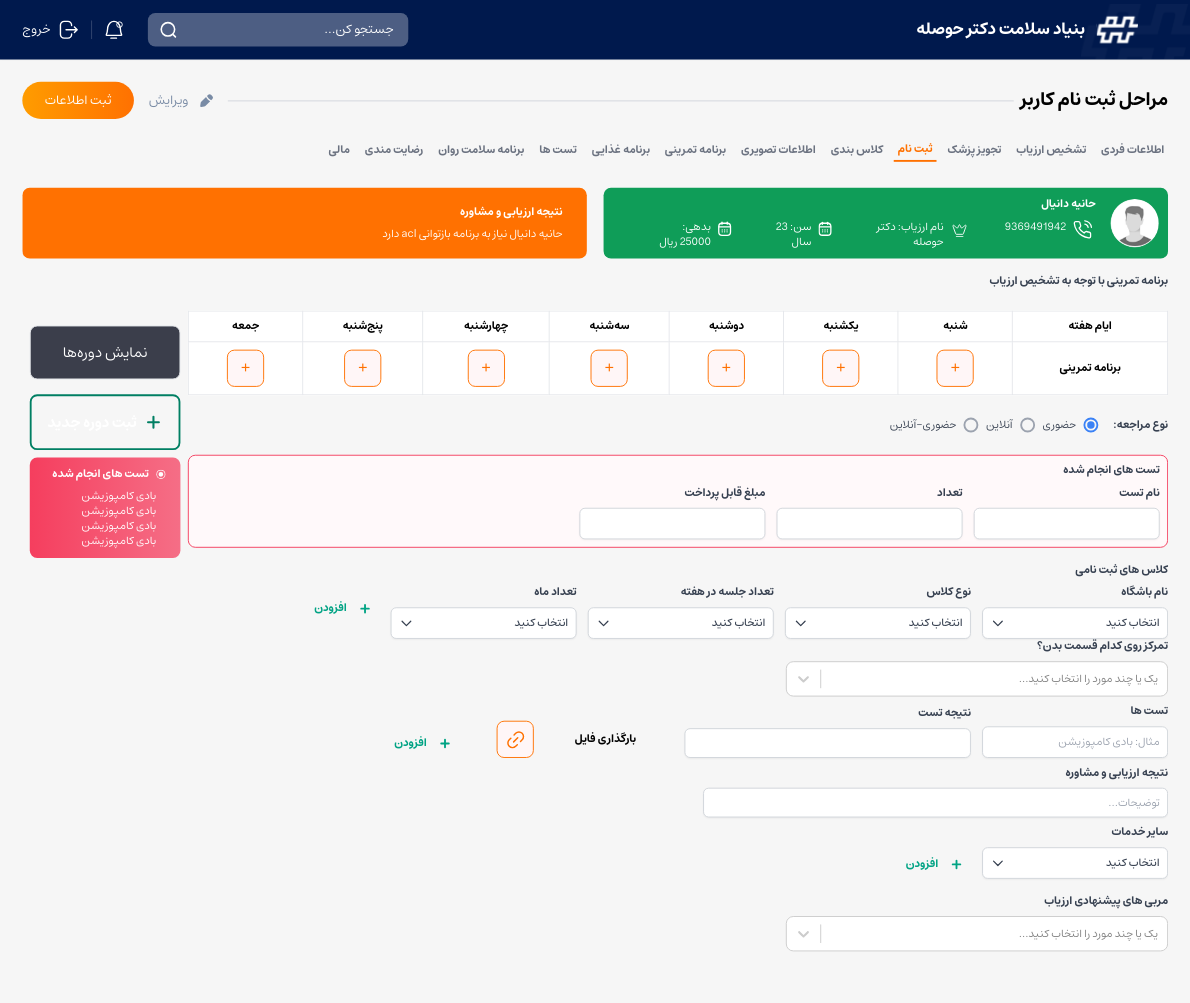
Repository: mirnajafi/ERP_hoseleh_V1.0
Page: /register, after clicking the first element matching `div.flex > :nth-child(4)`
The author's editor kept a copy of each file at every save. The page is drawn from the files as they stood at one save, then again after the next save.
The browser window is 1280 px wide. The pictures show the whole page, at 93% of full size.
Some web fonts or font styles are not loaded; a fallback is used. The project was rebuilt for these pictures with package versions that can differ from the ones it lists, and the page was loaded fresh each time. The framework's server and built-in components were replaced by stand-ins that run in the browser. Also part of the build but not shown: next.config.mjs, src/components/icons/trash.tsx, src/components/weekTable/weekTable.css, src/components/icons/copy.tsx, src/components/recognitionEvaluator/recognitionEvaluator.tsx.

Above is the page before, as saved 2025-02-28 23:56:40.

### src/app/layout.tsx
/* eslint-disable @next/next/no-img-element */
import type { Metadata } from "next";
import Header from "@/components/layout/Header";
import "@/app/globals.css";


export const metadata: Metadata = {
  title: "دکتر حوصله",
  description: "بنیاد سلامت دکتر حوصله",
};

export default function RootLayout({ children }: { children: React.ReactNode }) {
  return (
    <html lang="fa" dir="rtl">
      <body className="bg-dashboard-bg min-h-screen">
        {/* Header includes SidebarToggle, so no need to add Sidebar separately */}
        <Header />
        {/* Main Content Area */}
        <main className="transition-all duration-300 mt-16 p-6">
          {children}
        </main>

      </body>
    </html>
  );
}

### src/app/globals.css
@tailwind base;
@tailwind components;
@tailwind utilities;

@font-face {
  font-family: 'Estedad';
  src: url('/fonts/Estedad-Regular.woff2') format('woff2');
  font-weight: normal;
  font-style: normal;
  font-display: swap;
}

@font-face {
  font-family: 'Estedad';
  src: url('/fonts/Estedad-Bold.woff2') format('woff2');
  font-weight: bold;
  font-style: normal;
  font-display: swap;
}

@font-face {
  font-family: 'Estedad';
  src: url('/fonts/Estedad-Medium.woff2') format('woff2');
  font-weight: 500;
  font-style: normal;
  font-display: swap;
}

@font-face {
  font-family: 'Estedad';
  src: url('/fonts/Light.woff2') format('woff2');
  font-weight: 400;
  font-style: normal;
  font-display: swap;
}

@layer base {
  html {
    font-family: 'Estedad'
  }
}

### src/components/formTab/formTab.tsx
import { useState } from "react";

interface Tab {
  label: string;
  content: React.ReactNode;
}

interface TabsProps {
  tabs: Tab[];
  defaultIndex?: number;
}

const Tabs: React.FC<TabsProps> = ({ tabs, defaultIndex = 0 }) => {
  const [activeIndex, setActiveIndex] = useState(defaultIndex);

  return (
    <div className="w-full overflow-hidden">
      <div className="flex py-3 overflow-x-auto whitespace-nowrap">
        {tabs.map((tab, index) => (
          <button
            key={index}
            className={`ml-2 p-1 text-nowrap text-xs font-bold text-sm focus:outline-none ${activeIndex === index
                ? "border-b-2 border-[#FF7101] text-[#FF7101]"
                : "text-gray-500 hover:text-[#FF7101]"
              }`}
            onClick={() => setActiveIndex(index)}
          >
            {tab.label}
          </button>
        ))}
      </div>

      <div className="py-4">{tabs[activeIndex].content}</div>
    </div>
  );
};

export default Tabs;

### src/components/registration/registration.tsx
import Select from "react-select/base";
import WeekTable from "../weekTable/weekTable";
import TransparentBtn from "../transparentBtn/transparentBtn";
import Dropdown from "../dropdown/dropdown";
import InputDescription from "../inputDescription/inputDescription";
import FileUploader from "../fileUploader/fileUploader";
import Input from "../input/input";
import InformationUserBox from "../informationUserBox/informationUserBox";
import { useState } from "react";
import ResultBox from "../resultBox/resultBox";
import PlusIcon from "../icons/plus";
import LeftSideBox from "../leftSideBox/leftSideBox";
import RadioButton from "../radioBtn/radioBtn";

const Registration = () => {

    const [selectedOptions, setSelectedOptions] = useState([]);


    const handleSelect = (option: string) => {
        console.log("انتخاب شده:", option);
    };
    const handleFileUpload = (files: File[]) => {
        console.log("فایل‌های آپلود شده:", files);
    };

    const [selected, setSelected] = useState<string>("option1");


    const [selectedDay, setSelectedDay] = useState<string>("");

    const handleDaySelect = (day: string) => {
        setSelectedDay(day);
    };

    return (
        <div>
            <div className="w-full flex flex-row">
                <InformationUserBox name="حانیه دانیال" age="23" phoneNumber={'9369491942'} evaluator="دکتر حوصله" debt="25000" imageSrc="/images/defaultUser.png" className="w-1/2 lg:ml-2" />
                <ResultBox resultText={"حانیه دانیال نیاز به برنامه بازتوانی acl دارد"} className="w-1/2 lg:mr-2" />
            </div>



            <div className="flex flex-row  my-4 items-center">
                <label className="mb-2 text-xs font-bold text-gray-700 ml-2">برنامه تمرینی با توجه به تشخیص ارزیاب</label>

            </div>

            <div className="w-full flex flex-row">

                <div className="w-full flex flex-col">
                    <WeekTable
                        apiUrl="https://api.majidvalizadeh.com/jalali/next7"
                        selectedDay={selectedDay}
                        onDaySelect={handleDaySelect}
                    />
                    <div className="flex flex-row my-4">
                        <label className="my-2 text-xs font-bold text-gray-700 ml-4">نوع مراجعه:</label>
                        <RadioButton
                            label="حضوری"
                            name="options"
                            value="option1"
                            checked={selected === "option1"}
                            onChange={setSelected}
                        />
                        <RadioButton
                            label="آنلاین"
                            name="options"
                            value="option2"
                            checked={selected === "option2"}
                            onChange={setSelected}
                        />
                        <RadioButton
                            label="حضوری-آنلاین"
                            name="options"
                            value="option3"
                            checked={selected === "option3"}
                            onChange={setSelected}
                        />
                    </div>


                    <div className="w-full xl:py-2 my-0  flex flex-col  border border-[#F53E5E] rounded-[8px] p-[8px] bg-[#FFF9FA]">
                        <label className="text-xs font-bold text-gray-700 ml-4">تست های انجام شده</label>

                        <div className="flex flex-row">
                            <Input
                                label="نام تست"
                                type="text"
                                value={''}
                                onChange={() => { }}
                                placeholder=""
                            />
                            <Input
                                label="تعداد "
                                type="text"
                                value={''}
                                onChange={() => { }}
                                placeholder=""
                            />

                            <Input
                                label="مبلغ قابل پرداخت"
                                type="text"
                                value={''}
                                onChange={() => { }}
                                placeholder=""
                            />
                        </div>
                    </div>

                    <div className="flex flex-col  w-full xl:items-start xl:justify-right ">
                        <label className="text-xs font-bold text-gray-700 ml-4 mt-4">کلاس های ثبت نامی</label>
                        <div className="w-full flex flex-row items-end">
                            <Dropdown
                                label=" نام باشگاه"
                                options={["گزینه 1", "گزینه 2", "گزینه 3"]}
                                onSelect={handleSelect}
                            />
                            <Dropdown
                                label="نوع کلاس"
                                options={["گزینه 1", "گزینه 2", "گزینه 3"]}
                                onSelect={handleSelect}
                            />
                            <Dropdown
                                label="تعداد جلسه در هفته"
                                options={["گزینه 1", "گزینه 2", "گزینه 3"]}
                                onSelect={handleSelect}
                            />
                            <Dropdown
                                label="تعداد ماه"
                                options={["گزینه 1", "گزینه 2", "گزینه 3"]}
                                onSelect={handleSelect}
                            />
                            <TransparentBtn label='افزودن' />
                        </div>
                    </div>
                </div>

                <div className="w-1/6 p-2 flex flex-col">
                    <button className="bg-[#3B3E4B] text-white p-4 w-full border rounded-[8px] my-2">نمایش دوره‌ها</button>
                    <button className="bg-transparent text-[#007F63] text-white p-4 w-full border-2 border-[#007F63] rounded-[8px] flex items-center justify-center font-bold my-2"><PlusIcon width={20} height={20} /> ثبت دوره جدید</button>
                    <LeftSideBox title={"تست های انجام شده"} test1={"بادی کامپوزیشن"} />
                </div>
            </div>


            <div className="flex flex-col  w-ful xl:w-1/3">
                <label className="mb-2 text-xs font-bold text-gray-700">تمرکز روی کدام قسمت بدن؟</label>
                <Select
                    isMulti
                    options={[
                        { value: "apple", label: "سیب" },
                        { value: "banana", label: "موز" },
                        { value: "orange", label: "پرتقال" },
                        { value: "grape", label: "انگور" },
                        { value: "watermelon", label: "هندوانه" },
                    ]}
                    value={selectedOptions}
                    onChange={setSelectedOptions}
                    placeholder="یک یا چند مورد را انتخاب کنید..."
                    noOptionsMessage={() => "موردی یافت نشد"}
                    isClearable
                    isSearchable
                    className="text-xs "
                    styles={{
                        control: (base) => ({
                            ...base,
                            borderRadius: "8px",
                            borderColor: "#ccc",
                            boxShadow: "none",
                            "&:hover": { borderColor: "#888" },
                        }),
                    }}
                />
            </div>
            <div className="flex flex-col xl:flex-row w-full xl:items-end xl:justify-right ">
                <Input
                    label="تست ها"
                    type="text"
                    value={''}
                    onChange={() => { }}
                    placeholder="مثال: بادی کامپوزیشن "
                />
                <InputDescription
                    label="نتیجه تست"
                    value={''}
                    placeholder=""
                    className="xl:w-1/4 max-w-[500px]"
                />

                <FileUploader onFileUpload={handleFileUpload} accept="image/*" multiple />
                <TransparentBtn label='افزودن' />
            </div>
            <div className="flex flex-col xl:flex-row w-full xl:items-end xl:justify-right ">

                <InputDescription
                    label="نتیجه ارزیابی و مشاوره"
                    value={''}
                    placeholder="توضیحات..."
                    className="xl:w-1/2 max-w-[500px]"
                    height="h-24"
                />

            </div>


            <div className="flex flex-col xl:flex-row w-full xl:items-end xl:justify-right ">
                <Dropdown
                    label="سایر خدمات"
                    options={["گزینه 1", "گزینه 2", "گزینه 3"]}
                    onSelect={handleSelect}
                />
                <TransparentBtn label='افزودن' />

            </div>
            <div className="flex flex-col  w-ful xl:w-1/3 my-4">
                <label className="mb-2 text-xs font-bold text-gray-700">مربی های پیشنهادی ارزیاب</label>
                <Select
                    isMulti
                    options={[
                        { value: "apple", label: "سیب" },
                        { value: "banana", label: "موز" },
                        { value: "orange", label: "پرتقال" },
                        { value: "grape", label: "انگور" },
                        { value: "watermelon", label: "هندوانه" },
                    ]}
                    value={selectedOptions}
                    onChange={setSelectedOptions}
                    placeholder="یک یا چند مورد را انتخاب کنید..."
                    noOptionsMessage={() => "موردی یافت نشد"}
                    isClearable
                    isSearchable
                    className="text-xs "
                    styles={{
                        control: (base) => ({
                            ...base,
                            borderRadius: "8px",
                            borderColor: "#ccc",
                            boxShadow: "none",
                            "&:hover": { borderColor: "#888" },
                        }),
                    }}
                />
            </div>


        </div>
    )

}
export default Registration;

### src/components/SearchInput/SearchInput.tsx
/* eslint-disable @next/next/no-img-element */
"use client";

interface SearchInputProps {
  placeholder?: string;
  className?: string;
}

export default function SearchInput({ placeholder = "جستجو کن...", className = "" }: SearchInputProps) {
  return (
    <div className="relative w-[280px]">
      <input
        type="text"
        placeholder={placeholder}
        className={`w-full h-9 bg-white bg-opacity-30 rounded-lg px-4 text-white placeholder:text-white text-sm focus:outline-none ${className}`}
      />
      <img
        src="/icons/left-icon.svg"
        alt="search"
        className="absolute left-2 top-1/2 -translate-y-1/2 w-7 h-7 brightness-0 invert"
      />
    </div>
  );
}

### src/components/formHeader/formHeader.css
.customeGradient{
    background: linear-gradient(270deg, #FF7101 0%, #FF9C00 100%);
    color: white;
    border-radius: 50px;
    padding:  10px 24px;
}

### src/components/transparentBtn/transparentBtn.tsx
'use client'; // اضافه کردن این خط برای فعال کردن کامپوننت در Client-side

import React from "react";

interface BtnProps {
    label: string;
}

const TransparentBtn: React.FC<BtnProps> = ({ label }) => {

    return (
        <div className="w-250px text-[#01A384] h-full flex xl:items-center xl:justify-center">
            <button className="flex flex-row p-2  h-full flex items-center justify-center font-bold text-xs
">
                <svg width="15" height="15" viewBox="0 0 14 15" fill="none" xmlns="http://www.w3.org/2000/svg" className="ml-3">
                    <path d="M7 3.41666V11.5833" stroke="#01A384" stroke-width="2" stroke-linecap="round" stroke-linejoin="round" />
                    <path d="M2.91602 7.5H11.0827" stroke="#01A384" stroke-width="2" stroke-linecap="round" stroke-linejoin="round" />
                </svg>
                {label}
            </button>
        </div>
    );
};

export default TransparentBtn;

### src/components/inputDescription/inputDescription.tsx
'use client';  // اضافه کردن این خط برای فعال کردن کامپوننت در Client-side

import React from "react";

interface InputProps {
  label: string;
  value: string;
  placeholder?: string;
  required?: boolean;
  className?: string;
  height?:string;
}

const InputDescription: React.FC<InputProps> = ({
  label,
  value,
  placeholder,
  required = false,
  className = "",
  height
}) => {
  return (
    <div className={`w-full xl:w-1/2 ml-3 max-w-[500px] ${className}`}>
      <label className="block text-xs text-gray-700 mb-2 mt-4 xl:my-2 font-bold font-bold">{label}</label>

      <textarea
        value={value}
        placeholder={placeholder}
        required={required}
        className={`block w-full h-8 ${height} p-2 resize-none max-w-200 overflow-hidden text-xs border border-gray-300 rounded-md shadow-sm focus:outline-none focus:ring-2 focus:ring-indigo-500 focus:border-indigo-500`}
      />
    </div>
  );
};

export default InputDescription;

### src/components/resultBox/resultBox.tsx
'use client';

import React from "react";
import './resultBox.css';


interface ResultBoxProps {
    resultText: string;
    className?: string;
}

const ResultBox: React.FC<ResultBoxProps> = ({
    resultText,
    className
}) => {
    return (
        <div className={`w-full flex flex-col lg:flex-row containResultBox text-xs ${className}`}>
            <div className="flex flex-col mr-4">
                <div className="font-bold">نتیجه ارزیابی و مشاوره</div>
                <div className="flex flex-col justify-center items-start lg:flex-row mt-2">
                    <span className="ml-10 flex flex-row-reverse">{resultText}</span>
                </div>
            </div>
        </div>
    );
};

export default ResultBox;

### src/components/icons/plus.tsx
'use client';

import React from "react";

interface IconProps {
    width?: number;
    height?: number;
    color?: string;
}

const PlusIcon: React.FC<IconProps> = ({ width, height }) => {
    return (
        <svg width={width} height={height} viewBox="0 0 36 36" fill="none" className="ml-2" xmlns="http://www.w3.org/2000/svg">
        <path d="M18 7.5V28.5" stroke="#007F63" stroke-width="4" stroke-linecap="round" stroke-linejoin="round"/>
        <path d="M7.5 18H28.5" stroke="#007F63" stroke-width="4" stroke-linecap="round" stroke-linejoin="round"/>
        </svg>


    );
};

export default PlusIcon;

### src/components/radioBtn/radioBtn.tsx
import React from "react";

interface RadioButtonProps {
  label: string;
  name: string;
  value: string;
  checked: boolean;
  onChange: (value: string) => void;
}

const RadioButton: React.FC<RadioButtonProps> = ({ label, name, value, checked, onChange }) => {
  return (
    <label className="flex items-center space-x-2 cursor-pointer text-xs">
      <input
        type="radio"
        name={name}
        value={value}
        checked={checked}
        onChange={() => onChange(value)}
        className="hidden"
      />
      <div
        className={`w-4 h-4 rounded-full border-2 ${
          checked ? "border-blue-500" : "border-gray-400"
        } flex items-center justify-center transition-all`}
      >
        {checked && <div className="w-2 h-2 bg-blue-500 rounded-full" />}
      </div>
      <span className="text-gray-700">{label}</span>
    </label>
  );
};

export default RadioButton;

### src/components/icons/uploader.tsx
'use client';

import React from "react";

interface IconProps {
    width?: number;
    height?: number;
    color?: string;
}

const UploaderIcon: React.FC<IconProps> = ({ width, height }) => {
    return (<svg width={width} height={height} viewBox="0 0 24 24" fill="none" xmlns="http://www.w3.org/2000/svg">
        <path d="M14.1211 9.87866L9.87845 14.1213" stroke="#FF7101" stroke-width="1.5" stroke-linecap="round" />
        <path d="M10.334 7.00003L12.0006 5.33336C13.8416 3.49239 16.8264 3.49239 18.6673 5.33335V5.33335C20.5083 7.17431 20.5083 10.1591 18.6673 12.0001L17.0007 13.6667" stroke="#FF7101" stroke-width="1.5" stroke-linecap="round" />
        <path d="M13.666 17L11.9994 18.6666C10.1584 20.5076 7.17362 20.5076 5.33266 18.6666V18.6666C3.4917 16.8257 3.4917 13.8409 5.33266 11.9999L6.99934 10.3333" stroke="#FF7101" stroke-width="1.5" stroke-linecap="round" />
    </svg>
    );
};

export default UploaderIcon;

### src/components/informationUserBox/informationUserBox.css
.containInfoBox {
  background: #0f9d58;
  color: white;
  justify-content: right;
  align-items: center;
  padding: 10px;
  border-radius: 8px;
}
.imageUser {
  border-radius: 100%;
}

### src/components/resultBox/resultBox.css
.containResultBox {
  background: #FF7101;
  color: white;
  justify-content: right;
  align-items: center;
  padding: 10px;
  border-radius: 8px;
  margin-right: 10px;
}

### src/components/leftSideBox/leftSideBox.css
.containLeftSideBox {
  background: linear-gradient(270deg, #F56E86 0%, #F53E5E 100%);
  color: white;
  justify-content: right;
  align-items: center;
  padding: 10px;
  border-radius: 8px;
}
.special-margin{
  margin-right: -10px;
}

### src/components/icons/circle.tsx

'use client';

import React from "react";

interface IconProps {
    width?: number;
    height?: number;
    color?: string;
}

const CircleIcon: React.FC<IconProps> = ({ width = 21, height = 22 }) => {
    return (
        <svg width={width} height={height} viewBox="0 0 12 12" className="ml-2" fill="none" xmlns="http://www.w3.org/2000/svg">
            <rect width="12" height="12" rx="6" fill="white" />
            <rect x="2" y="2" width="8" height="8" rx="4" fill="white" />
            <rect x="2" y="2" width="8" height="8" rx="4" stroke="#F56B84" stroke-width="2" />
        </svg>

    );
};

export default CircleIcon;

### tailwind.config.ts
import type { Config } from "tailwindcss";

const config: Config = {
  content: [
    "./src/pages/**/*.{js,ts,jsx,tsx,mdx}",
    "./src/components/**/*.{js,ts,jsx,tsx,mdx}",
    "./src/containers/**/*.{js,ts,jsx,tsx,mdx}",
    "./src/app/**/*.{js,ts,jsx,tsx,mdx}",
  ],
  theme: {
    extend: {
      colors: {
        "deep-blue": "#1E3A8A",
        "green": "#8BC34A",
        "orange": "#F97316",
        "red": "#E02D40",
        "yellow": "#FBBF24",
        background: "var(--background)",
        foreground: "var(--foreground)",
        secondry: {
          blue: {
            900: "#00194D",
          },
        },
        primery: {
          600: "#FF7101"
        },
        dashboard: {
          bg: "#F6F6F6"
        }
      },
    },
  },
  plugins: [],
};
export default config;

Loaded but not shown: src/components/personalInfo/personalInfo.tsx (302 lines, source omitted); src/components/weekTable/weekTable.tsx (87 lines, source omitted); src/components/dropdown/dropdown.tsx (69 lines, source omitted); src/components/icons/evaluator.tsx (26 lines, source omitted); src/components/inputDate/inputDate.tsx (67 lines, source omitted); src/components/informationUserBox/informationUserBox.tsx (61 lines, source omitted); src/components/icons/calendar.tsx (35 lines, source omitted); src/components/icons/phoneNumber.tsx (20 lines, source omitted); src/components/formHeader/formHeader.tsx (32 lines, source omitted); src/components/fileUploader/fileUploader.tsx (54 lines, source omitted); src/components/layout/Header.tsx (44 lines, source omitted); src/app/register/page.tsx (48 lines, source omitted); src/components/leftSideBox/leftSideBox.tsx (35 lines, source omitted); src/components/input/input.tsx (40 lines, source omitted)

After the next save:
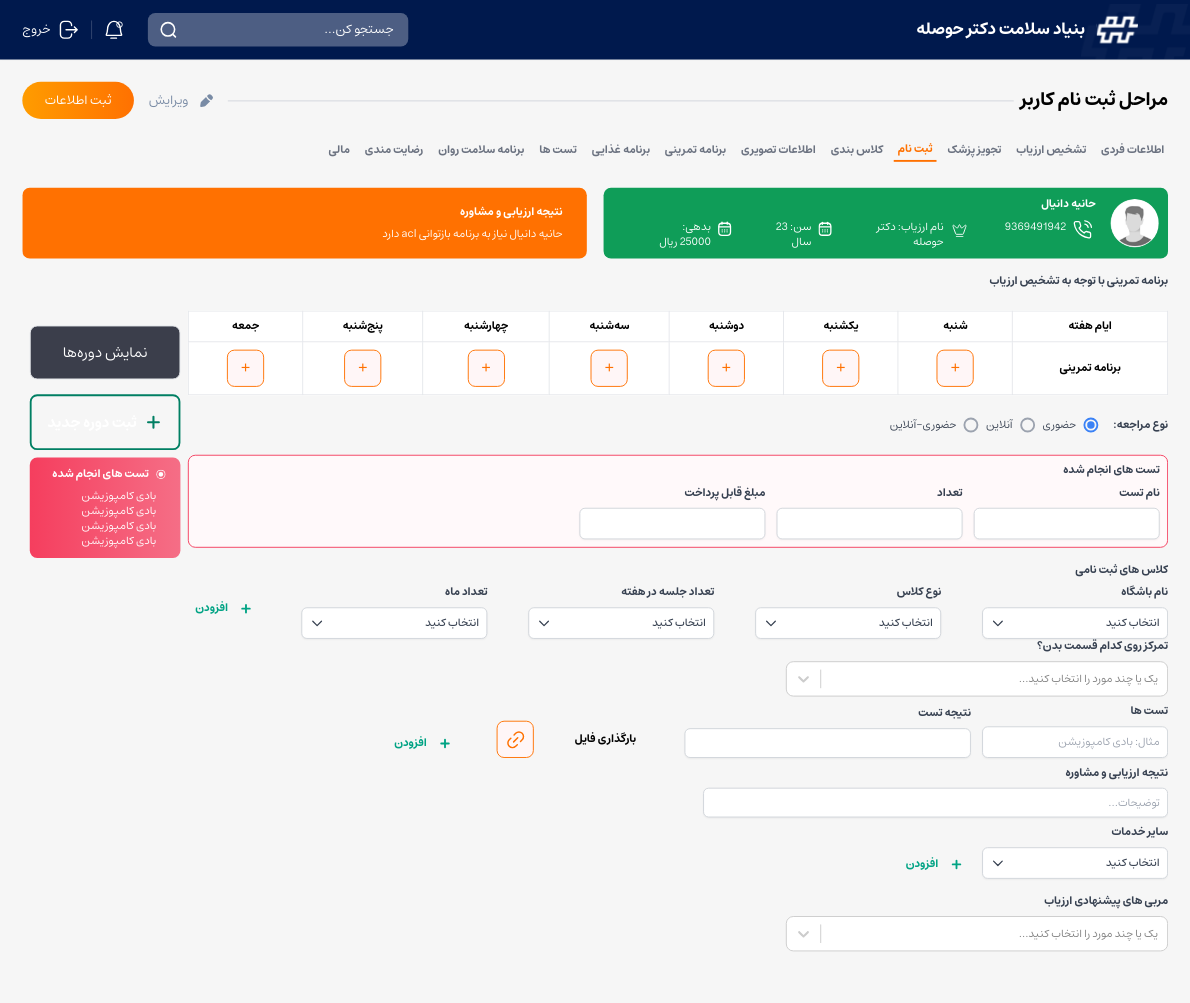
Saved 7 s later.
--- a/src/components/registration/registration.tsx
+++ b/src/components/registration/registration.tsx
@@ -112,7 +112,7 @@ const Registration = () => {
 
                     <div className="flex flex-col  w-full xl:items-start xl:justify-right ">
                         <label className="text-xs font-bold text-gray-700 ml-4 mt-4">کلاس های ثبت نامی</label>
-                        <div className="w-full flex flex-row items-end">
+                        <div className="w-full flex flex-row items-end justify-between">
                             <Dropdown
                                 label=" نام باشگاه"
                                 options={["گزینه 1", "گزینه 2", "گزینه 3"]}
